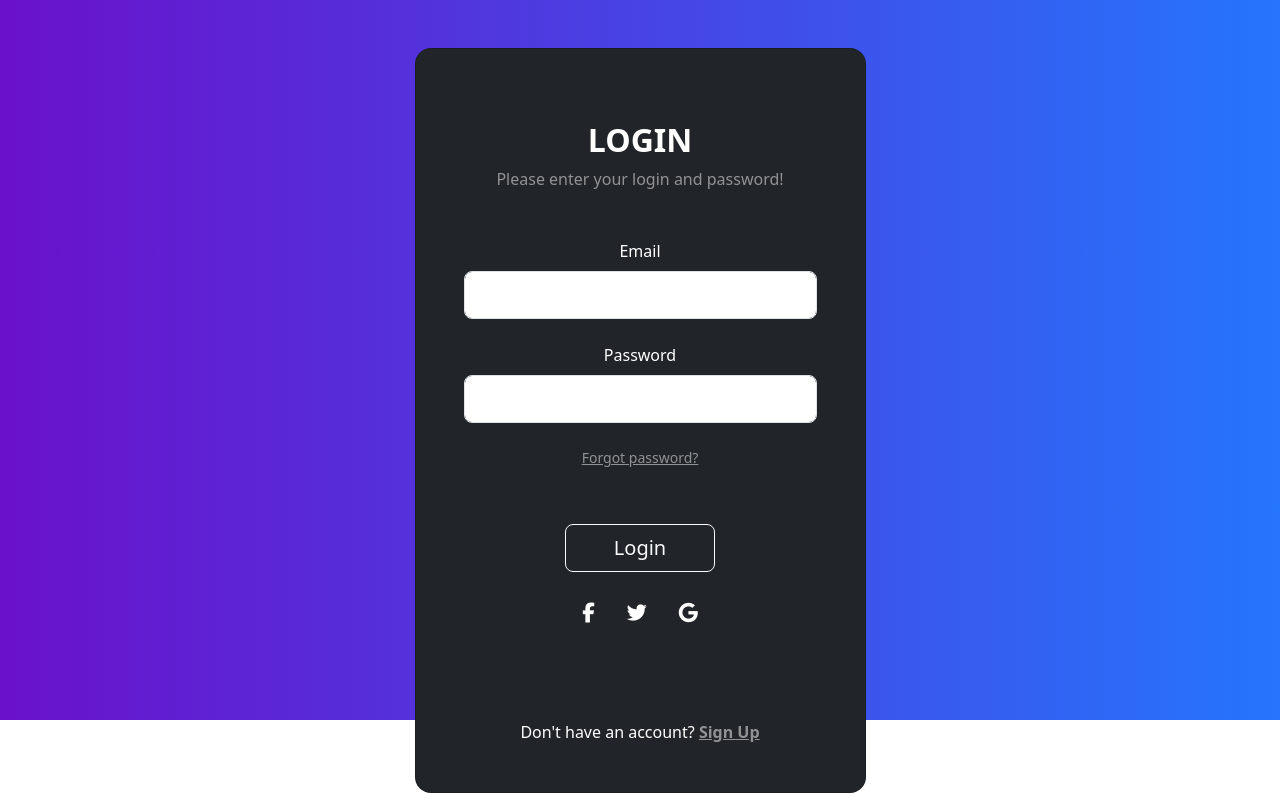
Repository: mihoag/E-commerce-Website
Page: http://localhost/login
An editor plug-in stored every save of this project. The page is shown before and after the next save, followed by the edit.
The browser window is 1280 px wide. The pictures show the whole page.
Some web libraries are served in a nearby version. The page is this project's Thymeleaf template; nobody is signed in. The template is opened directly, without the code that normally fills it, so the values that code supplies are empty.

Above is the page before, as saved 2024-07-28 07:28:45.

### EcommerceShop/MyShopWebParent/MyShopBackend/src/main/resources/templates/login.html
<!DOCTYPE html>
<html xmlns:th = "http://www.thymeleaf.org">
<head th:replace="fragment :: html_file" />
<body>
  <section class="vh-100 gradient-custom">
  <div class="container py-5 h-100">
    <div class="row d-flex justify-content-center align-items-center h-100">
      <div class="col-12 col-md-8 col-lg-6 col-xl-5">
        <div class="card bg-dark text-white" style="border-radius: 1rem;">
          <div class="card-body p-5 text-center">

            <div class="mb-md-5 mt-md-4 pb-5">

              <h2 class="fw-bold mb-2 text-uppercase">Login</h2>
              <p class="text-white-50 mb-5">Please enter your login and password!</p>

              <div data-mdb-input-init class="form-outline form-white mb-4">
                <label class="form-label" for="typeEmailX">Email</label>
                <input type="email" name="email" class="form-control form-control-lg" />
              </div>

              <div data-mdb-input-init class="form-outline form-white mb-4">
                <label class="form-label" for="typePasswordX">Password</label>
                <input type="password" name="password" class="form-control form-control-lg" />
              </div>

              <p class="small mb-5 pb-lg-2"><a class="text-white-50" href="#!">Forgot password?</a></p>

              <button data-mdb-button-init data-mdb-ripple-init class="btn btn-outline-light btn-lg px-5" type="submit">Login</button>

              <div class="d-flex justify-content-center text-center mt-4 pt-1">
                <a href="#!" class="text-white"><i class="fab fa-facebook-f fa-lg"></i></a>
                <a href="#!" class="text-white"><i class="fab fa-twitter fa-lg mx-4 px-2"></i></a>
                <a href="#!" class="text-white"><i class="fab fa-google fa-lg"></i></a>
              </div>

            </div>

            <div>
              <p class="mb-0">Don't have an account? <a href="#!" class="text-white-50 fw-bold">Sign Up</a>
              </p>
            </div>

          </div>
        </div>
      </div>
    </div>
  </div>
</section>
</body>
</html>

### EcommerceShop/MyShopWebParent/MyShopBackend/src/main/resources/templates/fragment.html
<!DOCTYPE html>
<html  xmlns:th = "http://www.thymeleaf.org">
<head th:fragment="html_file">
    <meta charset="UTF-8">
    <meta name="viewport" content="width=device-width, initial-scale=1.0">
    <link href="https://cdn.jsdelivr.net/npm/bootstrap@5.3.2/dist/css/bootstrap.min.css" rel="stylesheet"
        integrity="sha384-T3c6CoIi6uLrA9TneNEoa7RxnatzjcDSCmG1MXxSR1GAsXEV/Dwwykc2MPK8M2HN" crossorigin="anonymous">
    <link rel="stylesheet" href="https://cdnjs.cloudflare.com/ajax/libs/font-awesome/6.4.2/css/all.min.css">
    <script src="https://cdnjs.cloudflare.com/ajax/libs/jquery/3.7.1/jquery.min.js"></script>
    <!--     Fonts and icons     -->
    <link href="https://fonts.googleapis.com/css?family=Open+Sans:300,400,600,700" rel="stylesheet" />
    <!-- Font Awesome Icons -->
    <script src="https://kit.fontawesome.com/3cc4fda4ce.js" crossorigin="anonymous"></script>
    <link rel="stylesheet" th:href="@{/css/admin/header.css}">
    <link rel="stylesheet" th:href="@{/css/admin/sidebar.css}">
    <link rel="stylesheet" th:href="@{/common/style.css}">

</head>
<body>
 <!--Header-->
    <div class="header container-fluid w-100 m-0" th:fragment="header">
        <div class="row w-100">
            <div class="col-md-3">
                <div class="logo ms-5 position-fixed">
                    <a href="/">
                        <img th:src="@{/img/logo.png}" style="width: 90px; height: 70px;">
                    </a>
                </div>
            </div>
            <div class="d-flex justify-content-end col-md-9 fs-5">
                <!-- Admin information -->
                <div class="dropdown">
                  <div class = "d-flex">

                   <div class="dropdown-toggle f-flex" id="dropdownMenuButton" data-bs-toggle="dropdown" aria-expanded="false">
                     <i class="fa-solid fa-user"></i>
                     <span class="nav-link-text ms-3">Le Minh Hoang</span>
                   </div>
                     <ul class="dropdown-menu" aria-labelledby="dropdownMenuButton">
                       <li><a class="dropdown-item" th:href="@{/logout}">Logout</a></li>
                     </ul>
                   </div>
                </div>

                <!-- Dropdown menu -->
                <div th:replace="fragment :: navigationDropdown"></div>
            </div>
        </div>
    </div>

    <!--End header-->
     <!--Side bar-->
     <aside class="navbar navbar-vertical rounded-4 my-3 ms-4 me-4 position-fixed mt-4" style="width: 20%;"
                    id="sidenav-main" th:fragment="sidebar">
        <div class="w-100">
              <ul class="navbar-nav">
                 <li class="nav-item my-2 active">
                  <a class="nav-link active ps-4 py-3" th:href="@{/users}">
                   <span class="nav-icon">
                    <i class="fa-solid fa-user" style="max-width: 20px;"></i>
                   </span>
                  <span class="nav-link-text ms-3">User</span>
                  </a>
                </li>

                <li class="nav-item my-2">
                  <a class="nav-link active ps-4 py-3" th:href="@{/categories}">
                   <span class="nav-icon">
                    <i class="fa-solid fa-list" style="max-width: 20px;"></i>
                   </span>
                  <span class="nav-link-text ms-3">Categories</span>
                  </a>
                </li>

                <li class="nav-item my-2">
                  <a class="nav-link active ps-4 py-3" th:href="@{/brands}">
                   <span class="nav-icon">
                  <i class="fa-solid fa-copyright" style="max-width: 20px;"></i>
                   </span>
                  <span class="nav-link-text ms-3">Brands</span>
                  </a>
                </li>

                <li class="nav-item my-2">
                  <a class="nav-link active ps-4 py-3" th:href="@{/products}">
                   <span class="nav-icon">
                    <i class="fa-solid fa-mobile" style="max-width: 20px;"></i>
                   </span>
                  <span class="nav-link-text ms-3">Products</span>
                  </a>
                </li>

                <li class="nav-item my-2">
                  <a class="nav-link active ps-4 py-3" th:href="@{/customers}">
                   <span class="nav-icon">
                    <i class="fa-solid fa-users" style="max-width: 20px;"></i>
                   </span>
                  <span class="nav-link-text ms-3">Customers</span>
                  </a>
                </li>


                <li class="nav-item my-2">
                  <a class="nav-link active ps-4 py-3" th:href="@{/shipping}">
                   <span class="nav-icon">
                    <i class="fa-solid fa-truck-fast" style="max-width: 20px;"></i>
                   </span>
                  <span class="nav-link-text ms-3">Shipping</span>
                  </a>
                </li>
              </ul>
       </div>
    </aside>

    <div th:fragment="footer" class="text-center m-3">
		<p>MyShop Control Panel - Copyright &copy; MyShop</p>
	</div>

	 <nav th:fragment="navigationDropdown" class="navbar navbar-expand-lg navbar-light bg-light hidden" id= "navigationDropdown">
        <div class="container-fluid">
            <button class="navbar-toggler" type="button" data-bs-toggle="collapse" data-bs-target="#navbarNavDropdown" aria-controls="navbarNavDropdown" aria-expanded="false" aria-label="Toggle navigation">
                <span class="navbar-toggler-icon"></span>
            </button>
            <div class="collapse navbar-collapse" id="navbarNavDropdown">
                <ul class="navbar-nav">
                    <li class="nav-item dropdown">
                        <a class="nav-link dropdown-toggle" th:href="@{/users}" id="navbarDropdownMenuLink" role="button" data-bs-toggle="dropdown" aria-expanded="false">
                            User
                        </a>
                        <ul class="dropdown-menu" aria-labelledby="navbarDropdownMenuLink">
                            <li><a class="dropdown-item" href="#">Action</a></li>
                            <li><a class="dropdown-item" href="#">Another action</a></li>
                            <li><a class="dropdown-item" href="#">Something else here</a></li>
                        </ul>
                    </li>

                    <li class="nav-item dropdown">
                        <a class="nav-link dropdown-toggle" th:href="@{/categories}" id="navbarDropdownMenuLink" role="button" data-bs-toggle="dropdown" aria-expanded="false">
                            Categories
                        </a>
                        <ul class="dropdown-menu" aria-labelledby="navbarDropdownMenuLink">
                            <li><a class="dropdown-item" href="#">Action</a></li>
                            <li><a class="dropdown-item" href="#">Another action</a></li>
                            <li><a class="dropdown-item" href="#">Something else here</a></li>
                        </ul>
                    </li>

                    <li class="nav-item dropdown">
                        <a class="nav-link dropdown-toggle" href="@{/brands}" id="navbarDropdownMenuLink" role="button" data-bs-toggle="dropdown" aria-expanded="false">
                            Brands
                        </a>
                        <ul class="dropdown-menu" aria-labelledby="navbarDropdownMenuLink">
                            <li><a class="dropdown-item" href="#">Action</a></li>
                            <li><a class="dropdown-item" href="#">Another action</a></li>
                            <li><a class="dropdown-item" href="#">Something else here</a></li>
                        </ul>
                    </li>

                    <li class="nav-item dropdown">
                        <a class="nav-link dropdown-toggle" href="@{/products}" id="navbarDropdownMenuLink" role="button" data-bs-toggle="dropdown" aria-expanded="false">
                            Products
                        </a>
                        <ul class="dropdown-menu" aria-labelledby="navbarDropdownMenuLink">
                            <li><a class="dropdown-item" href="#">Action</a></li>
                            <li><a class="dropdown-item" href="#">Another action</a></li>
                            <li><a class="dropdown-item" href="#">Something else here</a></li>
                        </ul>
                    </li>

                    <li class="nav-item dropdown">
                        <a class="nav-link dropdown-toggle" href="@{/customers}" id="navbarDropdownMenuLink" role="button" data-bs-toggle="dropdown" aria-expanded="false">
                            Customers
                        </a>
                        <ul class="dropdown-menu" aria-labelledby="navbarDropdownMenuLink">
                            <li><a class="dropdown-item" href="#">Action</a></li>
                            <li><a class="dropdown-item" href="#">Another action</a></li>
                            <li><a class="dropdown-item" href="#">Something else here</a></li>
                        </ul>
                    </li>

                    <li class="nav-item dropdown">
                        <a class="nav-link dropdown-toggle" href="@{/shipping}" id="navbarDropdownMenuLink" role="button" data-bs-toggle="dropdown" aria-expanded="false">
                            Shipping
                        </a>
                        <ul class="dropdown-menu" aria-labelledby="navbarDropdownMenuLink">
                            <li><a class="dropdown-item" href="#">Action</a></li>
                            <li><a class="dropdown-item" href="#">Another action</a></li>
                            <li><a class="dropdown-item" href="#">Something else here</a></li>
                        </ul>
                    </li>

                </ul>
            </div>
        </div>
    </nav>


</body>

</html>

### EcommerceShop/MyShopWebParent/MyShopBackend/src/main/resources/static/css/admin/header.css
/* Header */
	.header {
		top: 0;
		z-index: 12;
		padding: 15px 0 5px 0 ;
	}

	/* Logo */
		.header .logo {
			width: 250px;
			height: 60px;
			float: left;
			transition-duration: .1s;
		}
		.header .logo:hover {
			transform: scale(1.05)
		}
		.header .logo img {
			width: 100%;
			height: 100%;
			vertical-align: middle;
		}
	/* ======= End logo ======== */

	/* Content */
		.header .content{
			/* tru width cua logo */
			width: calc(100% - 250px);
			float: left;
		}

		/* Search */
			.search-header {
				float: left;
			}

			form.input-search {
				margin-left: 20px;
				background: #ddd;
				border: 2px solid #bbb;
				border-radius: 10px;
				height: 35px;
				width: 300px;
				/* điều chỉnh width của ô tìm kiếm trên header ở đây */
			}
			.input-search input {
				float: left;
				padding-left: 15px;
				border: none;
				border-radius: 10px 0 0 10px;
				height: 100%;
				width: calc(100% - 100px - 20px);
				/* 100 la width button, 20 la padding button */
			}
			.input-search button {
				float: right;
				font-size: 14px;
				font-weight: bold;
				padding: 0 10px;
				color: #888;
				background: none;
				width: 100px;
				height: 100%;
				border: none;
				cursor: pointer;
				-webkit-transition-duration: .3s;
				     -o-transition-duration: .3s;
				        transition-duration: .3s;
			}
			.input-search button:hover {
				color: #000;
			}

			.tags {
				margin: 5px 0 0 20px;
				font-size: 13px;
			}
			.tags a {
				color: gray;
				padding: 0 5px;
			}
			.tags a:hover {
				color: black;
				text-decoration: underline;
			}

			/* W3 school autocomplete */
				.autocomplete {
					/*the container must be positioned relative:*/
					position: relative;
					height: 100%;
				}
				.autocomplete-items {
					position: absolute;
					border: 1px solid #d4d4d4;
					border-bottom: none;
					border-top: none;
					z-index: 99;
					/*position the autocomplete items to be the same width as the container:*/
					top: 100%;
					left: 0;
					right: 0;
				}
				.autocomplete-items div {
					padding: 10px;
					cursor: pointer;
					background-color: #fff;
					border-bottom: 1px solid #d4d4d4;
				}
				.autocomplete-items div:hover {
					/*when hovering an item:*/
					background-color: #e9e9e9;
				}
				.autocomplete-active {
					/*when navigating through the items using the arrow keys:*/
					background-color: DodgerBlue !important;
					color: #ffffff;
				}
			/* End auto complete */
		/* ======= End search ========== */

		/* Tools Member */
			.tools-member {
				float: right;
				display: table;
				margin-left: 10px;
				font-size: 14px;
			}

			.tools-member a {
				position: relative;
				padding: 5px 0;
				text-align: center;
				font-size: 16px;
				font-weight: bold;
				color: #565;
				cursor: pointer;
			}
			.tools-member a:hover > i {
				border: 1px solid #fff;
				background-color: rgb(161, 161, 161);
				color: #fff;
			}

			.tools-member i { /* icon */
				padding: 10px;
				border-radius: 50%;
				border: 1px solid #ccc;
				background-color: #fff;
				color: #000;
				-webkit-transition: 0.2s;
				-o-transition: 0.2s;
				transition: 0.2s;
			}
			.tools-member .fa-user {
				padding: 10px 12.5px;
			}
			.tools-member .fa-shopping-cart {
				padding: 10px 11px;
			}
			/* Member */
				.member {
					position: relative;
					float: left;
					display: table-cell;
				}
				.member:hover > .menuMember{
					z-index: 20;
					transform: translateX(-40%) scale(1);
				}
				.member .menuMember {
					position: absolute;
					left: 0;
					text-align: center;
					border-radius: 5px;
					background-color: #eee;
					min-width: 170px;
					transition-duration: .15s;
					transform: translateX(-40%) scale(0);
				}
				.member .menuMember a {
					display: block;
					padding: 10px 0;
				}
				.member .menuMember a:hover {
					background-color: #888;
					color: #eee;
				}
				.member .hide {
					display: none;
				}
			/* ======= End Member ======= */

			/* Cart */
				.cart {
					float: left;
					display: table-cell;
					/* border-left: 1px solid #bbb; */
					margin: 0 15px;
					padding-left: 5px;
				}
				.cart-number {
					position: absolute;
					left: 1.4em;
					bottom: -1em;
					font-weight: bold;
					font-size: 1em;
					color: red;
					border-radius: 50%;
					width: 2em;
					height: 2em;
					line-height: 2em;
					text-align: center;
				}
				.cart .cart-number {
					transition-duration: .4s;
				}
			/* ======= End Cart ======== */

			/* Check Order - Đã loại bỏ */
				.check-order {
					float: left;
					display: table-cell;
					border-left: 1px solid #bbb;
					margin-left: 5px;
					padding-left: 5px;
				}
			/* ======= End Check Order ======= */
		/* ======= End Tools Member ======= */
	/* ======= End Content ========= */
/* ======= End header ======== */

### EcommerceShop/MyShopWebParent/MyShopBackend/src/main/resources/static/css/admin/sidebar.css
.navbar-nav li.active {
    background-color: #ffffff;
    border-radius: 10px;
    font-weight: 600;
    box-shadow: 0 20px 27px 0 rgba(0, 0, 0, 0.05);
}

.navbar-nav .nav-item {
    margin-left: 0; /* Set an initial value for margin-left */
    transition: margin-left 0.3s ease-in-out;
}

.navbar-nav .nav-item:hover {
    margin-left: 10px; /* Adjust this value to your preference */
}

.nav-icon {
    display: inline-block;
    justify-content: center;
    box-shadow: 0 10px 10px 0 rgba(8, 8, 8, 0.05);
    background-color: #ffffff;
    padding: 2px 5px;
    border-radius: 10px;
    min-width: 20px;
}

### EcommerceShop/MyShopWebParent/MyShopBackend/src/main/resources/static/common/style.css
.hidden {
    display: none;
}
a:hover {
  cursor: pointer;
}

 .toast-container {
            position: fixed;
            bottom: 20px;
            right: 20px;
            z-index: 1055;
 }

 @media screen and (min-width: 768px) and (max-width: 1024px) {
	/* medium screen */
	table.full-details {
		display: block;
	}
	div.less-details {
		display: none;
	}
	.hideable-column {
		display: none
	}
}

@media screen and (min-width: 1024px) {
	/* small screen */
	div.less-details {
		display: none;
	}
	.hideable-column {
		display: table-cell;
	}
}

@media screen and (max-width: 768px) {
	/* small screen */
	table.full-details {
		display: none
	}
	div.less-details {
		display: block;
	}
}

.gradient-custom {
/* fallback for old browsers */
background: #6a11cb;

/* Chrome 10-25, Safari 5.1-6 */
background: -webkit-linear-gradient(to right, rgba(106, 17, 203, 1), rgba(37, 117, 252, 1));

/* W3C, IE 10+/ Edge, Firefox 16+, Chrome 26+, Opera 12+, Safari 7+ */
background: linear-gradient(to right, rgba(106, 17, 203, 1), rgba(37, 117, 252, 1))
}

After the next save:
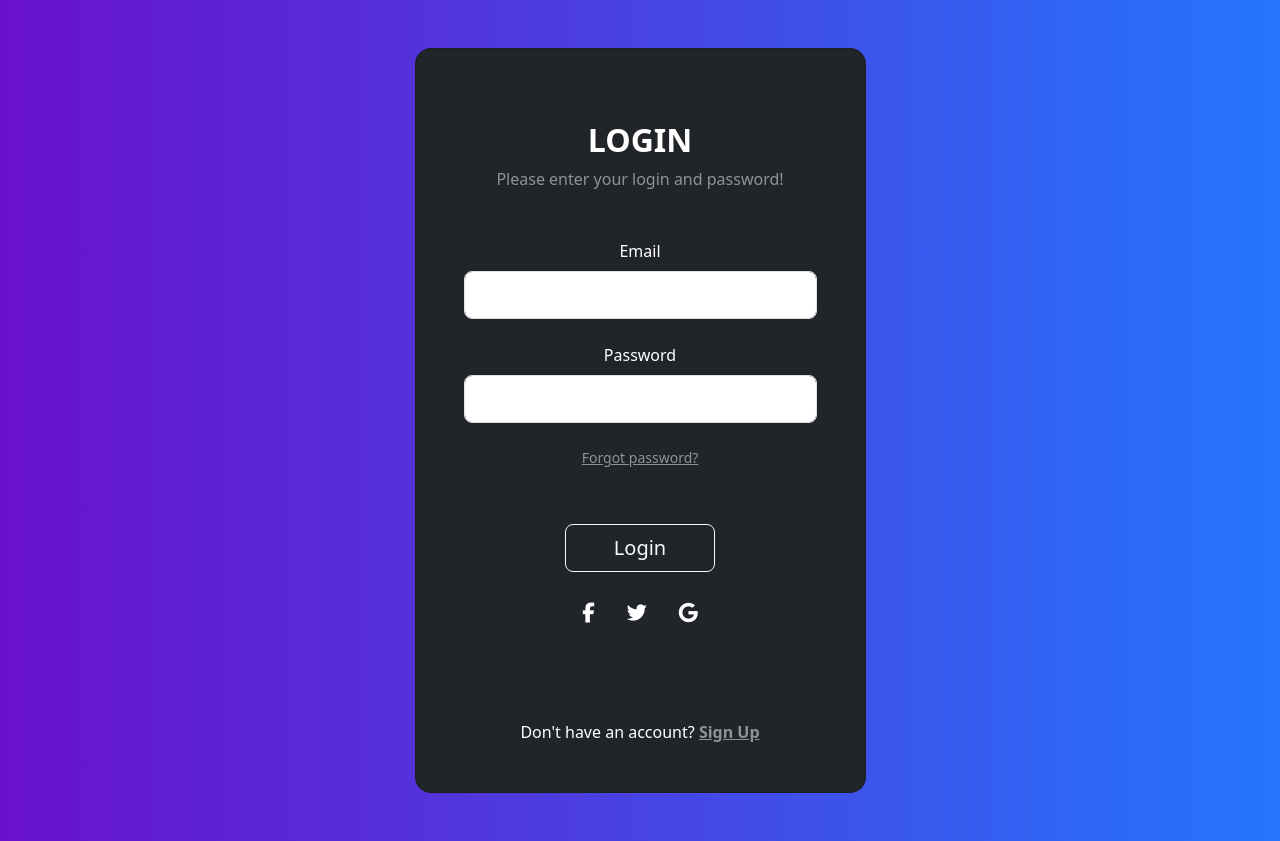
Saved 23 min 46 s later.
--- a/EcommerceShop/MyShopWebParent/MyShopBackend/src/main/resources/templates/login.html
+++ b/EcommerceShop/MyShopWebParent/MyShopBackend/src/main/resources/templates/login.html
@@ -2,7 +2,7 @@
 <html xmlns:th = "http://www.thymeleaf.org">
 <head th:replace="fragment :: html_file" />
 <body>
-  <section class="vh-100 gradient-custom">
+  <section class="vh-90 gradient-custom">
   <div class="container py-5 h-100">
     <div class="row d-flex justify-content-center align-items-center h-100">
       <div class="col-12 col-md-8 col-lg-6 col-xl-5">
